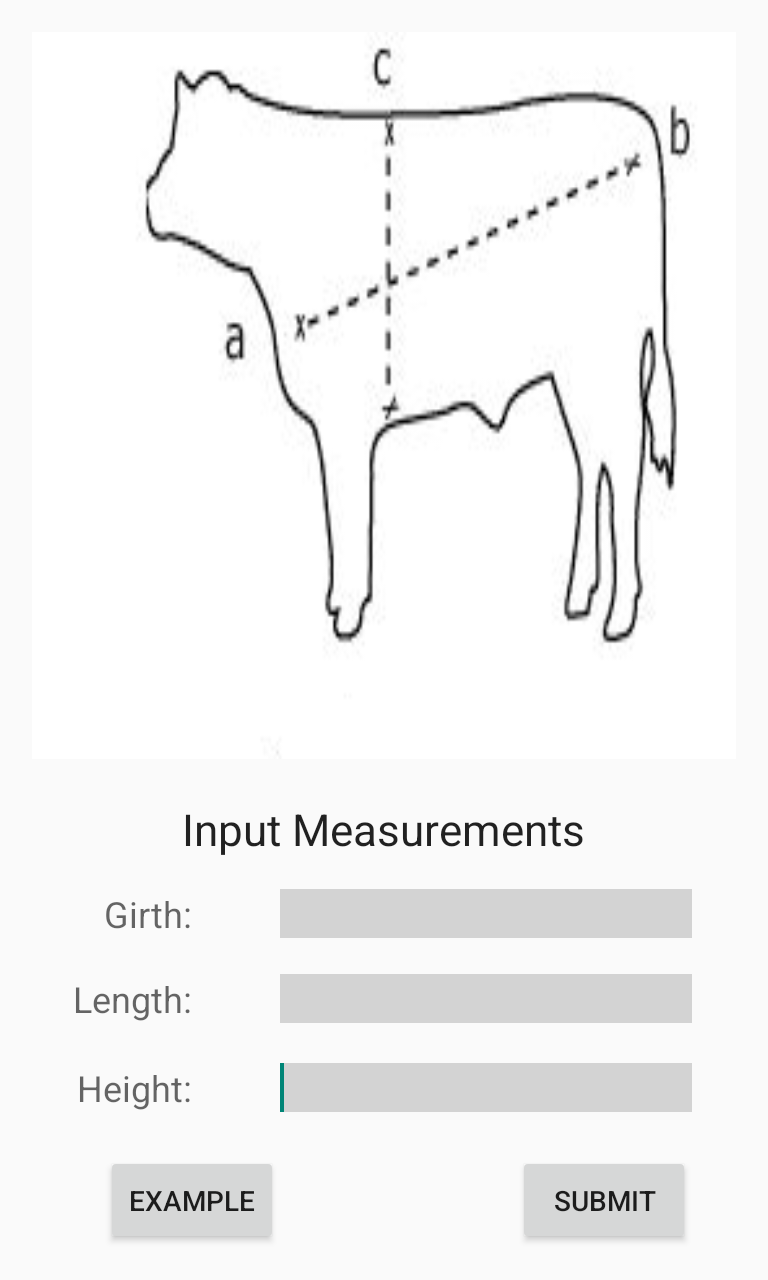
Repository: jdmielke/AnimalApp
Layout: AWEA/res/layout/activity_goat_beetal_measurement.xml
These files come from the project's save history. The layout is drawn as it stood at one moment and after the next save; the edit follows.
It is drawn on a 768 x 1280 px phone screen (xhdpi) without system bars, with theme AppTheme; the app's code is not run.

Above is the layout before, as saved 2014-11-12 20:23:57.

### AWEA/res/layout/activity_goat_beetal_measurement.xml
<?xml version="1.0" encoding="utf-8"?>
<RelativeLayout xmlns:android="http://schemas.android.com/apk/res/android"
    xmlns:tools="http://schemas.android.com/tools"
    android:layout_width="match_parent"
    android:layout_height="match_parent"
    android:clipChildren="false"
    android:clipToPadding="false"
    android:paddingBottom="@dimen/activity_vertical_margin"
    android:paddingLeft="@dimen/activity_horizontal_margin"
    android:paddingRight="@dimen/activity_horizontal_margin"
    android:paddingTop="@dimen/activity_vertical_margin"
    tools:context=".GoatBeetalMeasurementActivity" >

    <TextView
        android:id="@+id/textView1"
        android:layout_width="wrap_content"
        android:layout_height="wrap_content"
        android:layout_alignParentBottom="true"
        android:layout_centerHorizontal="true"
        android:layout_marginBottom="195dp"
        android:text="Input Measurements"
        android:textAppearance="?android:attr/textAppearanceLarge" />

    <TextView
        android:id="@+id/textView2"
        android:layout_width="wrap_content"
        android:layout_height="wrap_content"
        android:layout_alignParentLeft="true"
        android:layout_alignTop="@+id/textView1"
        android:layout_marginLeft="36dp"
        android:layout_marginTop="45dp"
        android:text="Girth:"
        android:textAppearance="?android:attr/textAppearanceMedium" />

    <TextView
        android:id="@+id/textView3"
        android:layout_width="wrap_content"
        android:layout_height="wrap_content"
        android:layout_alignRight="@+id/textView2"
        android:layout_below="@+id/textView2"
        android:layout_marginTop="18dp"
        android:text="Length:"
        android:textAppearance="?android:attr/textAppearanceMedium" />

    <Button
        android:id="@+id/button1"
        android:layout_width="wrap_content"
        android:layout_height="wrap_content"
        android:layout_alignParentBottom="true"
        android:layout_alignParentRight="true"
        android:layout_marginRight="22dp"
        android:text="Submit"
        android:onClick="goToMain"/>/>

    <Button
        android:id="@+id/goToMain"
        android:layout_width="wrap_content"
        android:layout_height="wrap_content"
        android:layout_alignBaseline="@+id/button1"
        android:layout_alignBottom="@+id/button1"
        android:layout_alignParentLeft="true"
        android:layout_marginLeft="36dp"
        android:text="Example"
        android:onClick="goToMain"/>

    <EditText
        android:id="@+id/editText1"
        android:layout_width="wrap_content"
        android:layout_height="wrap_content"
        android:layout_alignRight="@+id/button1"
        android:layout_alignTop="@+id/textView2"
        android:layout_toRightOf="@+id/goToMain"
        android:background="#d3d3d3"
        android:digits="1234567890"
        android:ems="10"
        android:inputType="number|phone"
        android:singleLine="true" />

    <EditText
        android:id="@+id/editText2"
        android:layout_width="wrap_content"
        android:layout_height="wrap_content"
        android:layout_alignLeft="@+id/editText1"
        android:layout_alignRight="@+id/editText1"
        android:layout_alignTop="@+id/textView3"
        android:background="#d3d3d3"
        android:digits="1234567890"
        android:ems="10"
        android:inputType="number|phone"
        android:singleLine="true" />

    <EditText
        android:id="@+id/editText3"
        android:layout_width="wrap_content"
        android:layout_height="wrap_content"
        android:layout_alignRight="@+id/button1"
        android:layout_below="@+id/textView3"
        android:layout_marginTop="20dp"
        android:layout_toRightOf="@+id/goToMain"
        android:background="#d3d3d3"
        android:digits="1234567890"
        android:ems="10"
        android:inputType="number|phone"
        android:singleLine="true" >

        <requestFocus />
    </EditText>

    <TextView
        android:id="@+id/textView4"
        android:layout_width="wrap_content"
        android:layout_height="wrap_content"
        android:layout_alignBaseline="@+id/editText3"
        android:layout_alignBottom="@+id/editText3"
        android:layout_alignRight="@+id/textView3"
        android:text="Height:"
        android:textAppearance="?android:attr/textAppearanceMedium" />

    <ImageView
        android:id="@+id/imageView1"
        android:layout_width="wrap_content"
        android:layout_height="wrap_content"
        android:layout_above="@+id/textView1"
        android:layout_alignParentLeft="true"
        android:layout_alignParentRight="true"
        android:layout_alignParentTop="true"
        android:paddingBottom="20dp"
        android:scaleType="fitXY"
        android:src="@drawable/dairydiagram" />

</RelativeLayout>

Loaded but not shown: AWEA/res/values/styles.xml (common file); AWEA/res/values-v11/styles.xml (common file); AWEA/res/values-v14/styles.xml (common file); AWEA/res/values/dimens.xml (common file); AWEA/res/values-w820dp/dimens.xml (common file)

After the next save:
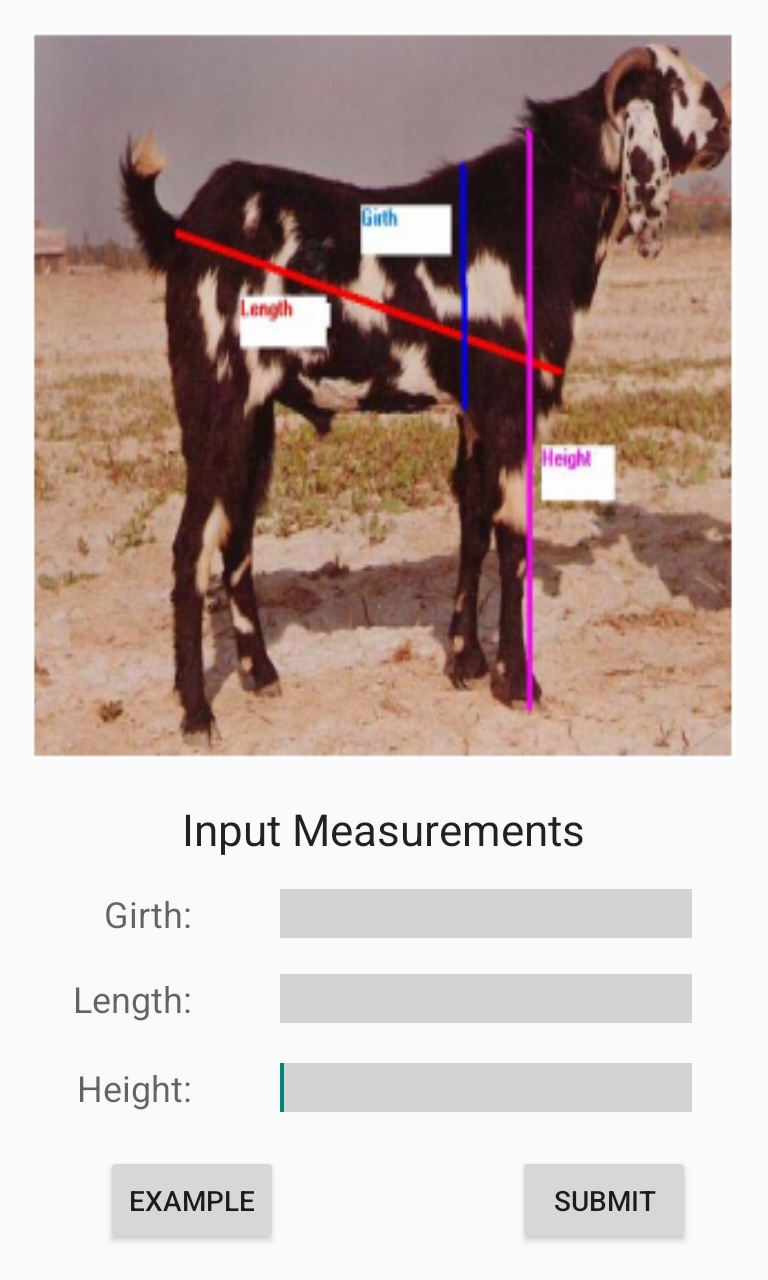
Saved 15 s later.
--- a/AWEA/res/layout/activity_goat_beetal_measurement.xml
+++ b/AWEA/res/layout/activity_goat_beetal_measurement.xml
@@ -126,6 +126,6 @@
         android:layout_alignParentTop="true"
         android:paddingBottom="20dp"
         android:scaleType="fitXY"
-        android:src="@drawable/dairydiagram" />
+        android:src="@drawable/goat" />
 
 </RelativeLayout>
